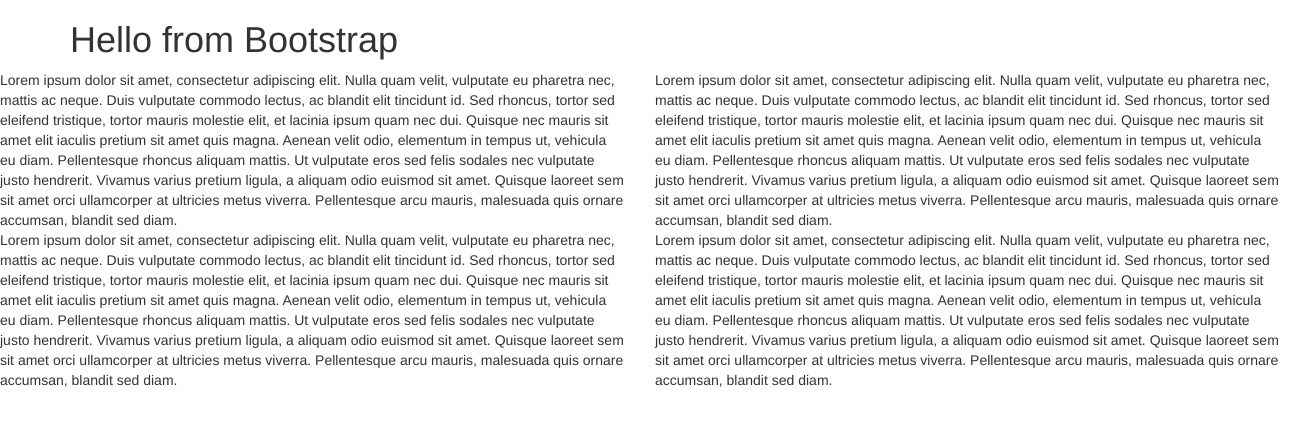
Repository: dishant8/Web-development
Page: public/WebDevWorkspace/experiment/WebContent/CSS/Bootstrap/0-grid.html
An editor plug-in stored every save of this project. The page is shown before and after the next save, followed by the edit.
The browser window is 1280 px wide. The page is 1295 px wide, so the pictures cover 1295 px, including what lies to the right of the window. The pictures show the whole page.

Above is the page before, as saved 2015-09-30 07:56:51.

After the next save:
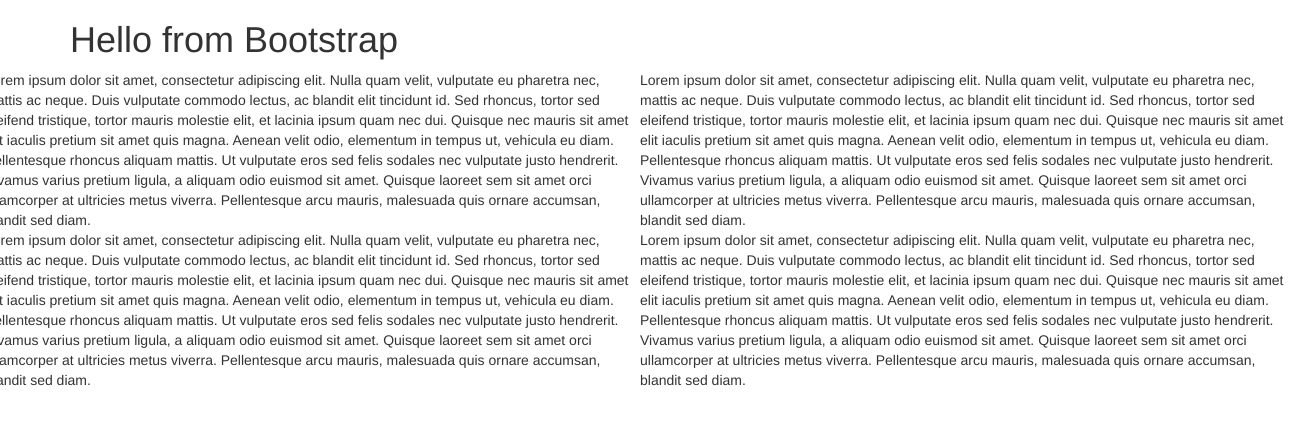
Saved 8 min 14 s later.
--- a/public/WebDevWorkspace/experiment/WebContent/CSS/Bootstrap/0-grid.html
+++ b/public/WebDevWorkspace/experiment/WebContent/CSS/Bootstrap/0-grid.html
@@ -4,6 +4,15 @@
 <meta charset="ISO-8859-1">
 <title>Insert title here</title>
 <link href="css/bootstrap.min.css" rel="stylesheet" />
+<style>
+.col-lg-1, .col-lg-10, .col-lg-11, .col-lg-12, .col-lg-2, .col-lg-3, .col-lg-4, .col-lg-5, .col-lg-6, .col-lg-7, .col-lg-8, .col-lg-9, .col-md-1, .col-md-10, .col-md-11, .col-md-12, .col-md-2, .col-md-3, .col-md-4, .col-md-5, .col-md-6, .col-md-7, .col-md-8, .col-md-9, .col-sm-1, .col-sm-10, .col-sm-11, .col-sm-12, .col-sm-2, .col-sm-3, .col-sm-4, .col-sm-5, .col-sm-6, .col-sm-7, .col-sm-8, .col-sm-9, .col-xs-1, .col-xs-10, .col-xs-11, .col-xs-12, .col-xs-2, .col-xs-3, .col-xs-4, .col-xs-5, .col-xs-6, .col-xs-7, .col-xs-8, .col-xs-9 {
+    position: relative;
+    min-height: 1px;
+    padding-right: 0px;
+    padding-left: 0px;
+}
+
+</style>
 </head>
 <body>
 	<div class="container">
